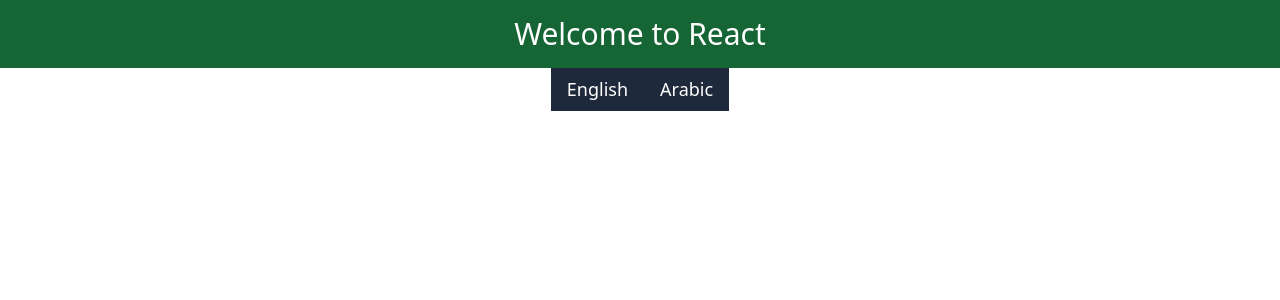
Repository: SaadYasin/react-internationalization
Page: /
The author's editor kept a copy of each file at every save. The page is drawn from the files as they stood at one save, then again after a run of saves.
The browser window is 1280 px wide. The pictures show the whole page.
The project was rebuilt for these pictures with package versions that can differ from the ones it lists, and the page was loaded fresh each time. Also part of the build but not shown: vite.config.js.

Above is the page before, as saved 2024-07-18 21:33:59.

### index.html
<!doctype html>
<html lang="en">
  <head>
    <meta charset="UTF-8" />
    <link rel="icon" type="image/svg+xml" href="/vite.svg" />
    <meta name="viewport" content="width=device-width, initial-scale=1.0" />
    <title>Vite + React</title>

    <!-- FONTS -->
    <link rel="preconnect" href="https://fonts.googleapis.com">
    <link rel="preconnect" href="https://fonts.gstatic.com" crossorigin>
    <link
      href="https://fonts.googleapis.com/css2?family=Jost:ital,wght@0,100..900;1,100..900&family=Poppins:ital,wght@0,100;0,200;0,300;0,400;0,500;0,600;0,700;0,800;0,900;1,100;1,200;1,300;1,400;1,500;1,600;1,700;1,800;1,900&display=swap"
      rel="stylesheet">

  </head>
  <body>
    <div id="root"></div>
    <script type="module" src="/src/main.jsx"></script>
  </body>
</html>

### src/App.jsx
/* eslint-disable no-unused-vars */
import React from "react";
import i18next from '../src/utils/i18next';
import { useTranslation } from 'react-i18next'
function App() {
  const { t } = useTranslation();

  return (
    <>
      <div>
        <h2 className="text-3xl text-center text-white p-4 bg-green-800">{t("Welcome to React")}</h2>

        <div className="flex justify-center ">
        <button className="text-[18px] bg-slate-800 text-white px-4 py-2">English</button>
        <button className="text-[18px] bg-slate-800 text-white px-4 py-2">Arabic</button>

        </div>

      </div>
    </>
  )
}

export default App;

### src/index.css
@import url('https://fonts.googleapis.com/css2?family=Jost:ital,wght@0,100..900;1,100..900&family=Poppins:ital,wght@0,100;0,200;0,300;0,400;0,500;0,600;0,700;0,800;0,900;1,100;1,200;1,300;1,400;1,500;1,600;1,700;1,800;1,900&display=swap');

@tailwind base;
@tailwind components;
@tailwind utilities;

### src/utils/i18next.js
import i18n from "i18next";
import { initReactI18next } from "react-i18next";

import languageDetector from "i18next-browser-languagedetector";
import HttpApi from "i18next-http-backend";

i18n
  .use(initReactI18next)
  .use(languageDetector)
  .use(HttpApi)
  .init({
    fallbackLng: "en",
    detection: {
      order: [
        "htmlTag",
        "cookie",
        "localStorage",
        "sessionStorage",
        "navigator",
        "path",
        "subdomain",
      ],
      caches: ["localStorage"],
    },
    backend: {
      loadPath: "/locale/{{lng}}/translation.json",
    },
  });

export default i18n;

### tailwind.config.js
/** @type {import('tailwindcss').Config} */
export default {
  content: ["./index.html", "./src/**/*.{js,ts,jsx,tsx}"],
  theme: {
    fontFamily: {
      primary: ["Poppins", "sans-serif"],
      secondary: ["Jost", "sans-serif"],
    },
    extend: {},
  },
  plugins: [],
};

Loaded but not shown: src/main.jsx (common file)

After the next 2 saves:
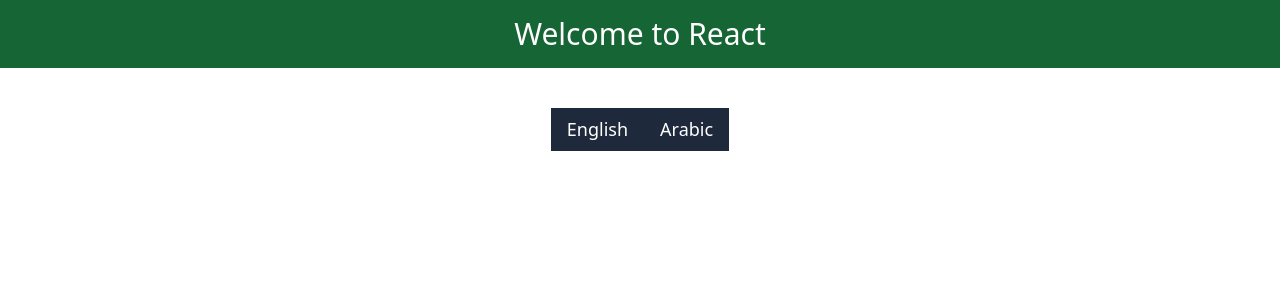
The 2 saves are shown as one change because they came seconds apart.
The last was saved 7 s later.
--- a/src/App.jsx
+++ b/src/App.jsx
@@ -10,7 +10,7 @@
       <div>
         <h2 className="text-3xl text-center text-white p-4 bg-green-800">{t("Welcome to React")}</h2>
 
-        <div className="flex justify-center ">
+        <div className="flex justify-center mt-10">
         <button className="text-[18px] bg-slate-800 text-white px-4 py-2">English</button>
         <button className="text-[18px] bg-slate-800 text-white px-4 py-2">Arabic</button>
 
